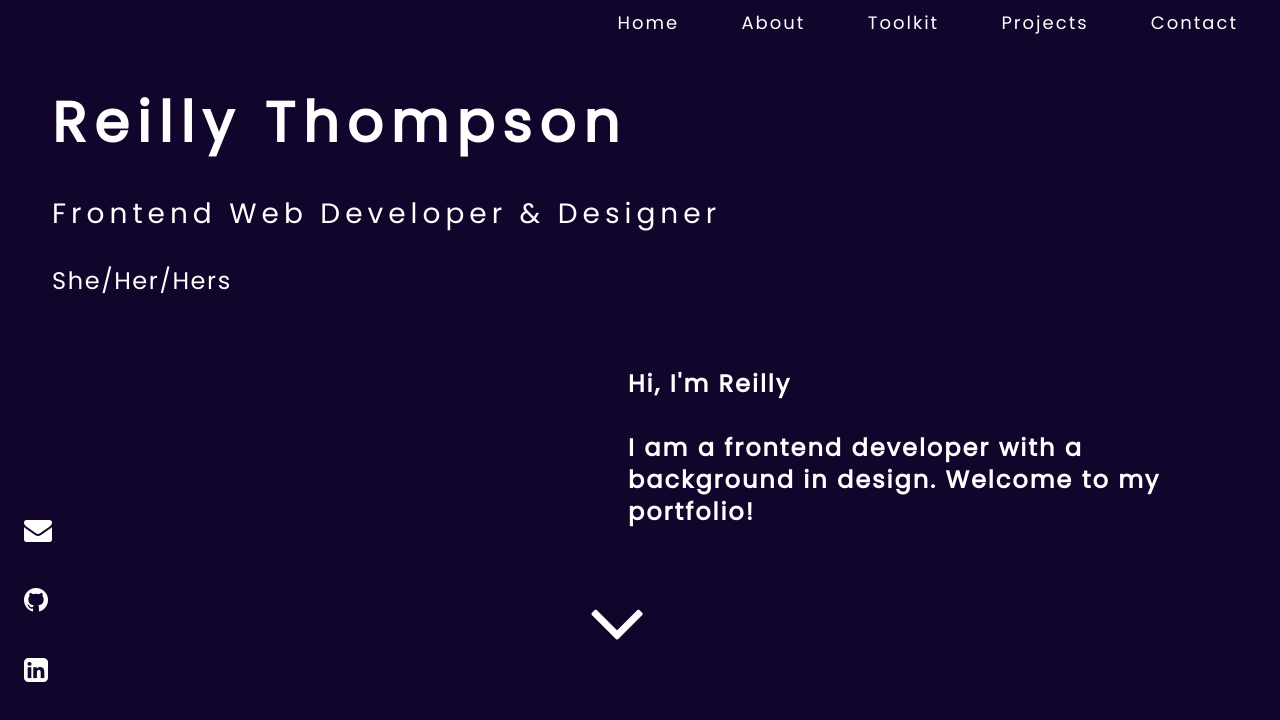
Repository: Rthompson2548/portfolio
Page: index.html
An editor plug-in stored every save of this project. The page is shown before and after the next save, followed by the edit.
The browser window is 1280 px wide. The pictures show the whole page.
Some web libraries are served in a nearby version.

Above is the page before, as saved 2022-04-13 10:50:34.

### index.html
<!DOCTYPE html>
<html>

<head>
	<meta name="viewport" content="width=device-width, initial-scale=1" />
	<!-- nav bar icons -->
	<link rel="stylesheet" href="https://cdnjs.cloudflare.com/ajax/libs/font-awesome/4.7.0/css/font-awesome.min.css" />
	<!-- font -->
	<link href="https://fonts.googleapis.com/css2?family=Roboto+Mono&display=swap" rel="stylesheet">
	<!-- toolkit icons -->
	<link rel="stylesheet" href="https://cdn.jsdelivr.net/gh/devicons/devicon@v2.14.0/devicon.min.css" />
	<link rel="stylesheet" href="https://cdn.jsdelivr.net/gh/devicons/devicon@v2.14.0/devicon.min.css" />
	<link href="https://fonts.googleapis.com/icon?family=Material+Icons" rel="stylesheet" rel="stylesheet" />
	<link rel="preconnect" href="https://fonts.googleapis.com">
	<link rel="preconnect" href="https://fonts.gstatic.com" crossorigin>
	<link href="https://fonts.googleapis.com/css2?family=Poppins&display=swap" rel="stylesheet">
	<!-- style.css file -->
	<link rel="stylesheet" href="style.css" />
	<title>Reilly Thompson</title>
</head>
<header class="header-container">
	<!-- nav bar -->
	<div id="nav-bar" class="nav-bar selectSection">
		<div>
			<button type="button" data-number="1" id="go-to-home" class="nav-bar-item active" href="#home">
					Home
				</button>
				<button type="button" data-number="2" id="go-to-about" class="nav-bar-item" href="#about">
					About
				</button>
				<button type="button" data-number="3" id="go-to-toolkit" class="nav-bar-item" href="#toolkit">
					Toolkit
				</button>
				<button type="button" data-number="4" id="go-to-projects" class="nav-bar-item" href="#projects">
					Projects
				</button>
				<button type="button" data-number="5" id="go-to-contact" class="nav-bar-item" href="#contact">
					Contact
				</button>
				</div>
				</div>
</header>

<body>
	<div class="contentSection">
		<!-- home page -->
		<div class="home content" data-number="1" id="home content">

			<div class="home-left">
				<p class="home-contact-icon">
					<a href="mailto: thompson.reilly@yahoo.com">
						<i class="fa fa-envelope" aria-hidden="true"></i> </a>
				</p>

				<p class="home-contact-icon">
					<a href="https://github.com/Rthompson2548" target="_blank">
						<i class="fa fa-github" aria-hidden="true"></i>
					</a>
				</p>

				<p class="home-contact-icon">
					<a href="https://www.linkedin.com/in/reillythompson/" target="_blank">
						<i class="fa fa-linkedin-square contact-icon-size white"></i>
					</a>
				</p>
			</div>

			<div class="home-middle">
				<h1 class="home-page-name">Reilly Thompson</h1>
				<h3 class="home-page-description">Frontend Web Developer & Designer<h3 />
				<h3 class="pronouns">
					She/Her/Hers
					<h3 />

			</div>

			<div class="home-right">
					<h4>Hi, I'm Reilly</h4>
					<h4>
						I am a frontend developer with a background in design. Welcome to my portfolio!
					</h4>

			</div>


			<div id="nav-bar" class="selectSection go-down-btn">

				<button type="button" data-number="2" id="go-to-about" class="nav-bar-item" href="#about">
					<i class="fa fa-angle-down"></i>
				</button>

			</div>


		</div>
		<!-- about -->
		<div name="about" data-number="2" id="about content" class="about content">
			<h2 class="page-title">About</h2>
			<div class="about-page">
				<div>
					<p class="about-text">
						Hi there,
					</p>
					<p></p>
					<p class="about-text">
						Thanks for stopping by! I am a Front End Developer with a background in graphic and UI design. I have 3 years of total experience in the tech field, and a certificate in full stack engineering from Thinkful. I am truly passion about using my technical and design skills to create modern web applications that deliver engaging user experiences.
					</p>
					<p class="about-text">
						I am highly motivated, creative and driven to use my career to make a positive impact. I am constantly improving my skills and staying up to date with the latest trends in technology.

					</p>
					<p class="about-text">
						When I'm not coding, you can find me spending time with friends, family, and dogs.
					</p>
				</div>
				<!-- <div>
					<img class="profile-img" src="/images/profile.jpg" alt="">
				</div> -->
			</div>
			</div>
			<!-- toolkit -->
			<div name="toolkit" data-number="3" id="toolkit content" class="toolkit content">
				<h2 class="page-title">Toolkit</h2>
			<div>
				<!-- icon grid here -->
				<div>
					<h1 class="toolkit-icons-row toolkit-section-title">Front End</h1>
					<div class="toolkit-icons-row">
						<i class="toolkit-icon devicon-html5-plain-wordmark colored"></i>
						<i class="toolkit-icon devicon-css3-plain-wordmark colored"></i>
						<i class="toolkit-icon devicon-react-original-wordmark colored"></i>
						</div>
						<div class="toolkit-icons-row">
							<i class="toolkit-icon devicon-bootstrap-plain-wordmark "></i>
							<i class="toolkit-icon devicon-jquery-plain-wordmark colored"></i>
					</div>
				</div>

				<div>
					<h1 class="toolkit-icons-row toolkit-section-title">Back End</h1>
					<div class="toolkit-icons-row">
						<i class="toolkit-icon devicon-nodejs-plain-wordmark colored"></i>
						<i class="toolkit-icon devicon-express-original white"></i>
						<i class="toolkit-icon devicon-postgresql-plain-wordmark colored"></i>
					</div>
				</div>
				<div>
					<h1 class="toolkit-icons-row toolkit-section-title">Additional Tools</h1>

						<div class="toolkit-icons-row">
							<i class="toolkit-icon devicon-javascript-plain colored"></i>
							<i class="toolkit-icon devicon-heroku-plain-wordmark "></i>
							<i class="toolkit-icon devicon-typescript-plain colored"></i>
							</div>
							<div class="toolkit-icons-row">
							<i class="toolkit-icon devicon-git-plain-wordmark red"></i>
							<i class="toolkit-icon devicon-vscode-plain-wordmark colored"></i>
						</div>
				</div>
				</div>
			</div>
					<!-- projects -->
		<div name="projects" class="projects content" data-number="4" id="projects content">
						<h2 class="page-title">Projects</h2>

							<div class="project-section">
								<div class="project-title">
									<a href="https://cocktail-point.vercel.app/" target="_blank">
										Hex Code Generator
									</a>

								</div>

								<div class="demo-code">
									<a class="demo-code-item demo-code-item-first" href="https://github.com/Rthompson2548/hex-code-generator"
										target="_blank">
										<p>Code</p>
										<i class="fa fa-code"></i>
									</a>

									<a class="demo-code-item" href="https://hex-code-generator.vercel.app/" target="_blank">
										<p>Demo</p>
										<i class="fa fa-eye"></i>
									</a>

								</div>


								<a href="https://hex-code-generator.vercel.app/" target="_blank">
									<img src="/images/updated-hex-generator.PNG">
								</a>
							</div>


							<div class="project-section">
								<div class="project-title">
									<a href="https://cocktail-point.vercel.app/" target="_blank">
										Cocktail Handbook
									</a>

								</div>
								<div class="demo-code">
									<a class="demo-code-item demo-code-item-first" href="https://github.com/Rthompson2548/cocktails" target="_blank">
										<p>Code</p>
										<i class="fa fa-code"></i>
									</a>

									<a class="demo-code-item" href="https://cocktail-point.vercel.app/" target="_blank">
										<p>Demo</p>
										<i class="fa fa-eye"></i>
									</a>

								</div>


								<a href="https://cocktail-point.vercel.app/" target="_blank">
									<img src="/images/cocktail-handbook.PNG" alt="movie booker project image">
								</a>
							</div>

							<div class="project-section">
								<div class="project-title">
									<a href="https://github.com/Rthompson2548/boolean-job-searcher" target="_blank">
										Boolean Job Finder
									</a>

								</div>

								<div class="demo-code">
									<a class="demo-code-item demo-code-item-first" href="https://github.com/Rthompson2548/boolean-job-searcher"
										target="_blank">
										<p>Code</p>
										<i class="fa fa-code"></i>
									</a>

									<a class="demo-code-item" href="https://boolean-job-searcher.vercel.app/" target="_blank">
										<p>Demo</p>
										<i class="fa fa-eye"></i>
									</a>

								</div>


								<a href="https://boolean-job-searcher.vercel.app/" target="_blank">
									<img src="/images/boolean.PNG">
								</a>
							</div>


						<div class="project-section">
							<div class="project-title">
								<a href="https://finance-tracker-woad.vercel.app/" target="_blank">
									Finance Tracker
								</a>
							</div>


							<div class="demo-code">
								<a class="demo-code-item demo-code-item-first" href="https://github.com/Rthompson2548/finance-tracker"
									target="_blank">
									<p>Code</p>
									<i class="fa fa-code"></i>
								</a>

								<a class="demo-code-item" href="https://finance-tracker-woad.vercel.app/" target="_blank">
									<p>Demo</p>
									<i class="fa fa-eye"></i>
								</a>

							</div>

							<a href="https://finance-tracker-woad.vercel.app/" target="_blank">
								<img src="/images/finance-tracker-img.PNG" alt="movie booker project image">
							</a>
						</div>

						<div class="project-section">
							<div class="project-title">
								<a href="https://movie-theatre-booking-app.vercel.app/" target="_blank">
									Cinema Hub
								</a>
							</div>



							<div class="demo-code">
								<a class="demo-code-item demo-code-item-first" href="https://github.com/Rthompson2548/cinema-hub"
									target="_blank">
									<p>Code</p>
									<i class="fa fa-code"></i>
								</a>

								<a class="demo-code-item" href="https://movie-theatre-booking-app.vercel.app/" target="_blank">
									<p>Demo</p>
									<i class="fa fa-eye"></i>
								</a>

							</div>


						<a href="https://movie-theatre-booking-app.vercel.app/" target="_blank">
								<img src="/images/cinema-hub-app.PNG" alt="movie booker project image">
							</a>
						</div>

						<div class="project-section">
							<div class="project-title">
								<a href="https://project-decoder-ring.vercel.app/" target="_blank">
									Crypto-Messenger
								</a>
							</div>




							<div class="demo-code">
								<a class="demo-code-item demo-code-item-first" href="https://github.com/Rthompson2548/encode-decode" target="_blank">
									<p>Code</p>
									<i class="fa fa-code"></i>
								</a>

								<a class="demo-code-item" href="https://project-decoder-ring.vercel.app/" target="_blank">
									<p>Demo</p>
									<i class="fa fa-eye"></i>
								</a>

							</div>

							<a href="https://project-decoder-ring.vercel.app/" target="_blank">
								<img src="/images/crypto-message-application.PNG" alt="decoder ring app project image">
							</a>
						</div>




		</div>
		<!-- contact -->
		<div name="contact" data-number="5" id="contact content" class="contact content">
			<h1 class="page-title">Contact Me</h1>

				<ul class="contact-icons">
					<li class="contact-icon">
							<a href="https://github.com/Rthompson2548" target="_blank">
								<i class="fa fa-github" aria-hidden="true"></i>

							</a>
							<p class="contact-icon-text">@Rthompson2548</p>
					</li>

					<li class="contact-icon">
							<a href="https://www.linkedin.com/in/reillythompson/" target="_blank">
								<i class="fa fa-linkedin-square contact-icon-size white"></i>
							</a>
							<p class="contact-icon-text">@reillythompson</p>
					</li>

					<li class="contact-icon">
						<a href="mailto: thompson.reilly@yahoo.com">
							<i class="fa fa-envelope" aria-hidden="true"></i> </a>
						<p class="contact-icon-text">thompson.reilly@yahoo.com</p>

					</li>

					<li class="contact-icon">
						<a href="tel:9712803415">
							<i class="fa fa-phone" aria-hidden="true"></i>
						</a>
						<p class="contact-icon-text">971-280-3415</p>
					</li>

					<li class="contact-icon">
						<a href="sms:9712803415">
							<i class="fa fa-comment" aria-hidden="true"></i>
						</a>
						<p class="contact-icon-text">971-280-3415</p>

					</li>
				</ul>
		</div>


		</div>
		</div>

	<script src="script.js"></script>
</body>

</html>

### style.css
/* global */
* {
  font-family: 'Poppins', sans-serif;
  max-width: 100%;
  background-color: #11052C;
  color: #fff;
  letter-spacing: 2px;
}

a {
  text-decoration: none;
  color: #fff;
  letter-spacing: 4px;
  padding-bottom: 5px;
}

.fa-angle-down {
  font-size: 58px;
  font-weight: medium;
  text-align: center !important;
}

.go-down-btn {
  position: fixed;
  left: 50%;
  bottom: 0px;
  transform: translate(-50%, -50%);
  margin: 0 auto;
}

.header-container {
  display: flex;
  flex-direction: row;
}

.hidden {
  display: none;
}

.content {
  margin: 10px 36px 0px 36px;
  padding-top: 24px;
}

.page-title {
  font-size: 42px;
  margin-bottom: 16px;
}

.nav-bar {
  display: flex;
  position: fixed;
  padding-bottom: 10px;
  justify-content: space-evenly;
  width: 100%;
  top: 0;
}

.fa-code {
  color: #fff;
}


.nav-bar-item {
  font-size: 10px;
  border: none;
  margin-top: 8px;
}

.home {
  display: flex;
  flex-direction: column;
}

.home-middle {
  margin-left: 8px;
}

.home-right {
  right: 0;
  bottom: 0;
  position: absolute;
  font-size: 14px;
  font-weight: 100 !important;
  width: 250px;
  margin: 0 12px 80px 0;
  line-height: 2.5rem;
}

.home-contact-icon {
  font-size: 28px;
}

.home-left {
  left: 0;
  bottom: 0;
  position: absolute;
  padding: 0 12px 0 24px;
}

.view-work-button {
  padding: 8px 28px;
  margin-top: 12px;
  border: none;
  color: #fff;
  border-radius: 12px;
  font-size: 16px;
  letter-spacing: 1.5px;
  background-color: blueviolet;
}

.profile-img {
  width: 300px;
  height: auto;
}

.pronouns {
  font-size: 16px;
  letter-spacing: 1.6px;
  font-weight: normal;
}

.home-page-name {
  font-size: 28px;
  font-weight: medium;
  overflow-wrap: normal;
  width: 350px;
  display: table-caption;
  margin-bottom: 0px;
  letter-spacing: 5px;
}

.home-page-description {
  font-size: 16px;
  font-weight: normal;
  width: 350px;
}

.toolkit-section-title {
  font-size: 28px;
  letter-spacing: 2px;
  font-weight: normal;
}

.toolkit-icons-row {
  display: flex;
  justify-content: space-evenly;
  margin: 72px 10px 40px 0;
}

.toolkit-icon {
  font-size: 65px;
  margin: 0 6px;
}

/* change name */
.white-icon {
  color: rgb(255, 255, 255);
  margin-right: 14px;
  text-decoration: none;
  font-size: 20px;
}


.contact-icon {
  text-decoration: none;
  font-size: 36px;
  display: flex;
  flex-direction: column;
  align-items: center;

}

.contact-icon-text {
  font-size: 14px;
  margin-top: 0px;
}

.contact-icons {
  font-size: 42px;
  /* margin-top: 25%; */
}

.project-section {
  display: flex;
  flex-direction: column;
  align-items: center;
  margin: 52px 0;
}

.project-section i {
  font-size: 32px;
  margin-bottom: 24px;
}

.project-section img {
  border-radius: 5px;
  width: 300px;
  height: auto;
  box-shadow: rgba(0, 0, 0, 0.07) 0px 1px 1px, rgba(0, 0, 0, 0.07) 0px 2px 2px, rgba(0, 0, 0, 0.07) 0px 4px 4px, rgba(0, 0, 0, 0.07) 0px 8px 8px, rgba(0, 0, 0, 0.07) 0px 16px 16px;
}

.demo-code {
  display: flex;
  justify-content: center;
}

.demo-code-item {
  display: flex;
  flex-direction: column;
  align-items: center;
  margin: 3px 10px;
}

.demo-code-item i {
  font-size: 20px;
}

.project-title {
  font-weight: bold;
  font-size: 18px;
  margin: 18px 0;
  /* text-shadow:
    0 0 7px #fff,
    0 0 10px #fff,
    0 0 21px #fff,
    0 0 42px #0fa,
    0 0 82px #0fa,
    0 0 92px #0fa,
    0 0 102px #0fa,
    0 0 151px #0fa; */
}

.page-text {
  font-size: 20px;
  letter-spacing: 1.25px;
  font-weight: 100;
  line-height: 2rem;
  /* margin: 0 75px 32px 0; */
}

.about-page {
  display: flex;
  flex-direction: column;
}

.about-text {
  font-size: 14px;
  width: 300px;
}
/** only displays home page when website is displayed */
.content:not(:first-child) {
    display: none;
}


@media (min-width: 500px) {
  .nav-bar-item {
    font-size: 14px;
    margin-right: 18px;
  }

  .home-page-description {
    font-size: 18px;
    width: 500px;
  }

  .home-page-name {
    width: 500px;
    font-size: 36px;
  }

  .home-right {
    width: 350px;
    font-size: 18px;
    margin-right: 32px;
    margin-bottom: 116px;
  }

  .about-text {
    font-size: 16px;
    width: 450px;
  }
}

@media (min-width: 600px) {
  .about-text {
    width: 575px;
  }

  .toolkit-section-title {
    font-size: 38px;
  }
}

/* desktop view */
@media (min-width: 800px) {
  .contact {
    font-size: 30px;
  }

  .fa-angle-down {
    font-size: 72px;
  }

  .view-work-button {
    margin-top: 30px;
    padding: 12px 38px;
    font-size: 24px;
  }

  .home-page-description {
    font-size: 24px;
    letter-spacing: 4px;
    /* margin-left: 14px; */
    margin-bottom: 28px;
  }

  .home-right {
    width: 500px;
    font-size: 20px;
    margin: 0 52px 125px 0px;
    line-height: 2rem;
  }

  .pronouns {
    font-size: 24px;
  }

  .nav-bar-item {
    font-size: 16px;
    padding-right: 32px;
  }

  .nav-bar {
    display: flex;
    justify-content: end;
  }

  .page-title {
    font-size: 42px;
    margin-bottom: 24px;
    font-weight: 300;
    margin-right: 12px;
  }

  .home-page-name {
    font-size: 48px;
    width: 750px;
  }

  .toolkit-icon {
    font-size: 100px;
    margin: 22px;
  }

  .home {
    flex-direction: row;
  }

  .project-section img {
    width: 400px;
    height: auto;
    box-shadow: rgba(0, 0, 0, 0.3) 0px 19px 38px, rgba(0, 0, 0, 0.22) 0px 15px 12px;
  }

  .project-title {
    font-size: 32px;
  }

  .contact-icons {
    font-size: 100px;
    /* margin-top: 10% */
  }

  .contact {
    margin-bottom: 0 !important;
  }

  .page-text {
    margin: 0 75px 0 0;
  }

.about-page {
  display: flex;
  flex-direction: row;
}

.about-text {
  font-size: 22px;
  line-height: 2.25rem;
  width: 750px;
}

.profile-img {
  width: 300px;
  height: auto;
  /* margin-top: 40px; */
  margin-bottom: 12px;
  margin-right: 75px;
}

}



@media (min-width: 900px) {

.about-page {
  display: flex;
  flex-direction: row;
}

.fa-angle-down {
  font-size: 92px;
}

.profile-img {
  width: 500px;
  height: auto;
  margin-right: 100px;
}

  .home-page-name {
    letter-spacing: 8px;
    font-size: 56px;
    width: 700px;
  }

  .home-page-description {
    font-size: 28px;
    letter-spacing: 5px;
    width: 700px;
  }

  .home-right {
    width: 600px;
    font-size: 24px;
    margin-bottom: 160px;
  }

  .nav-bar-item {
    font-size: 18px;
  }

   .project-section img {
    width: 600px;
    height: auto;
  }

  .page-text {
    margin: 0 250px 10px 0;
  }
}

@media (min-width: 1000px) {
  .about-text {
    width: 950px;
  }

  .toolkit-section-title {
    font-size: 42px;
  }

  .page-title {
    font-size: 44px;
  }
}

@media (min-width: 1200px) {
  .about-text {
    width: 1175px;
  }
}

### script.js
let Buttons = document.querySelectorAll(".selectSection button")

const goToHomePage = document.getElementById("go-to-home");
const home = document.getElementById("home");

const goToAboutPage = document.getElementById("go-to-about");
const about = document.getElementById("about");


const goToToolkitPage = document.getElementById("go-to-toolkit");
const toolkit = document.getElementById("toolkit");

const goToProjectsPage = document.getElementById("go-to-projects");
const projects = document.getElementById("projects");

const goToContactPage = document.getElementById("go-to-contact")
const contact = document.getElementById("contact");


for (let button of Buttons) {
    button.addEventListener("click", (event) => {
        const eventTarget = event.target;

        const activePage = document.querySelector(".active");

        if (activePage) {
            activePage.classList.remove("active");
        }

        eventTarget.classList.add("active");

        let allContent = document.querySelectorAll(".content");

        for (let content of allContent) {
            if (content.getAttribute("data-number") === button.getAttribute("data-number")) {
                content.style.display = "block";
            }

            else {
                content.style.display = "none";
            }
        }
    })
}

After the next save:
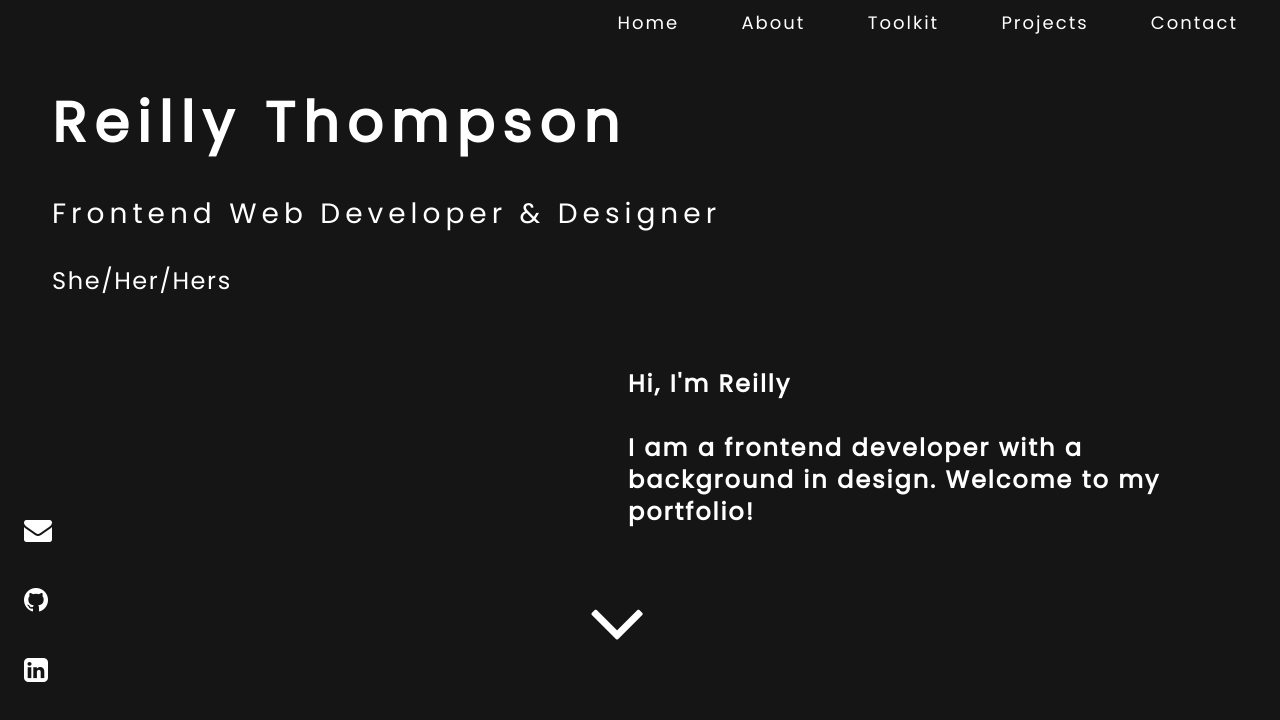
Saved 22 s later.
--- a/style.css
+++ b/style.css
@@ -2,7 +2,7 @@
 * {
   font-family: 'Poppins', sans-serif;
   max-width: 100%;
-  background-color: #11052C;
+  background-color: #151515;
   color: #fff;
   letter-spacing: 2px;
 }
